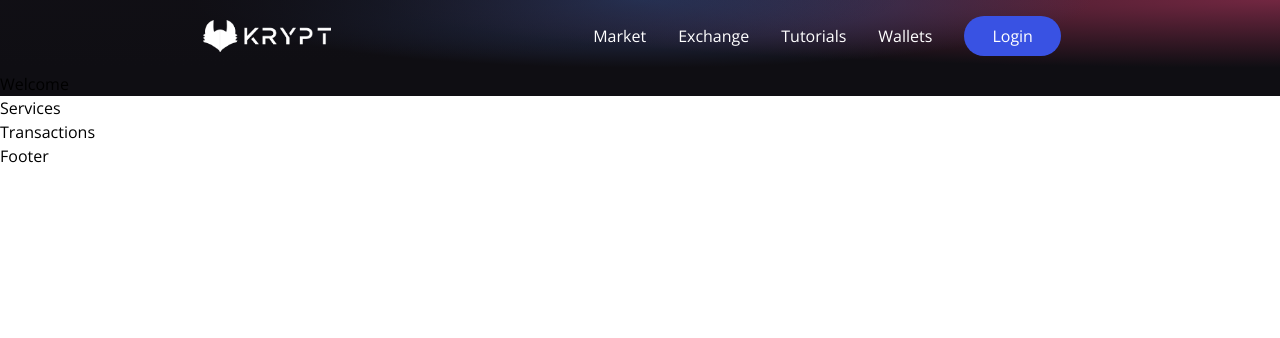
Repository: stephan-chiorean/krypt
Page: / (app in client/)
These files come from the project's save history. The page is drawn as it stood at one moment and after the next save; the edit follows.
The browser window is 1280 px wide. The pictures show the whole page.
The project was rebuilt for these pictures with package versions that can differ from the ones it lists, and the page was loaded fresh each time. Also part of the build but not shown: client/vite.config.js, client/src/components/Loader.jsx.

Above is the page before, as saved 2023-03-28 14:58:21.

After the next save:
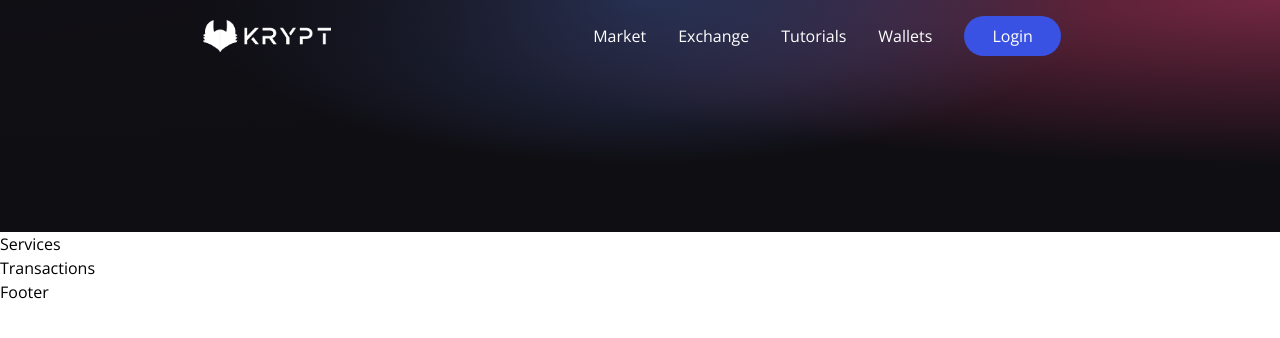
Saved 54 s later.
--- a/client/src/components/Welcome.jsx
+++ b/client/src/components/Welcome.jsx
@@ -6,6 +6,10 @@ import {Loader} from './'
 
 export default() => {
   return (
-    <div>Welcome</div>
+    <div className="flex w-full justify-center items-center">
+      <div className="flex md:flex-row flex-col itesm-start justify-between md:p-20 py-12 px-4">
+
+      </div>
+    </div>
   )
 }
